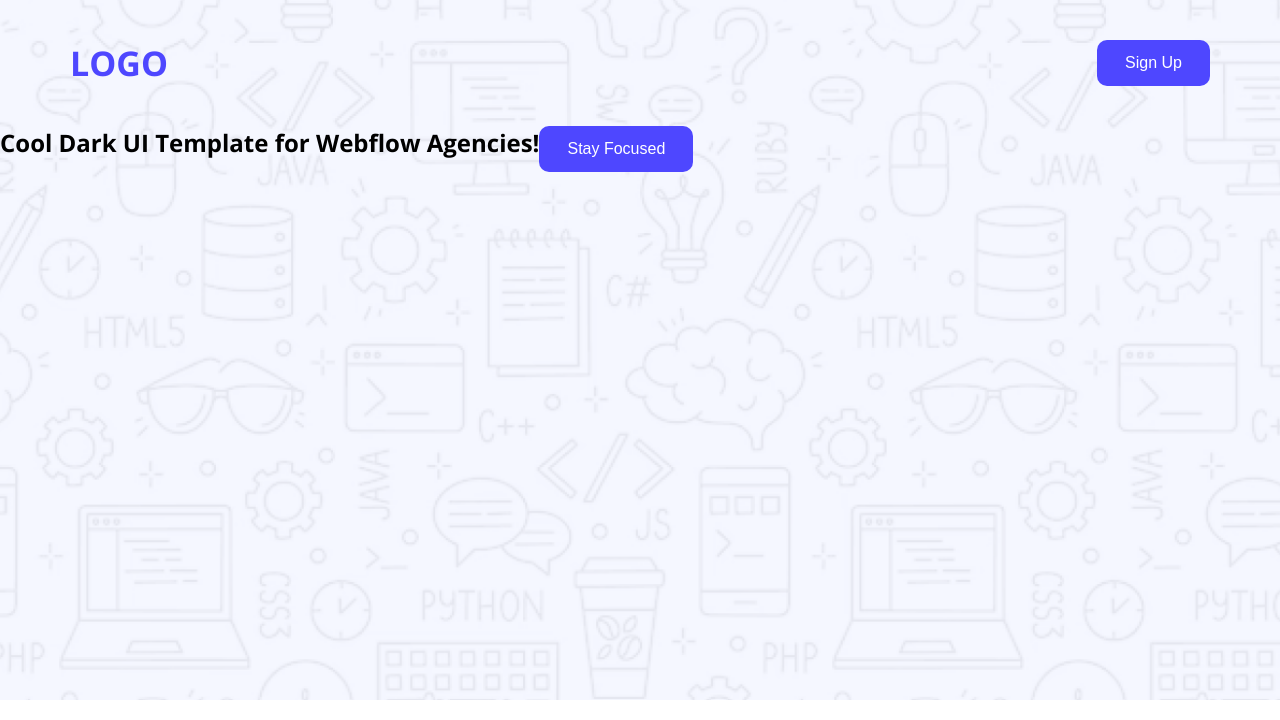
Repository: nahid-hasann/website-3
Page: index.html
An editor plug-in stored every save of this project. The page is shown before and after a run of saves, followed by the edit.
The browser window is 1280 px wide. The pictures show the whole page.

Above is the page before, as saved 2025-07-10 19:29:28.

### index.html
<!DOCTYPE html>
<html lang="en">
<head>
    <meta charset="UTF-8">
    <meta name="viewport" content="width=device-width, initial-scale=10">
    <title>MH NaHid</title>
    <link rel="preconnect" href="https://fonts.googleapis.com">
<link rel="preconnect" href="https://fonts.gstatic.com" crossorigin>
<link href="https://fonts.googleapis.com/css2?family=Open+Sans:ital,wght@0,300..800;1,300..800&family=Raleway:ital,wght@0,100..900;1,100..900&display=swap" rel="stylesheet">
<link rel="stylesheet" href="style.css">
</head>
<body class="open-sans-normal">


<header class="header-section">
      <section class="section-1">
       <h1 style="font-size: 34px; color: #4e47ff;">LOGO</h1>
       <button class="btn">Sign Up</button>
      </section>

      <section class="section-2">
        <h1>Cool Dark UI Template for Webflow Agencies!</h1>
        <button class="btn">Stay Focused</button>
      </section>


</header>





</body>
</html>

### style.css
*{
    margin: 0;
    padding: 0;
    box-sizing: border-box;
}


.open-sans-normal {
  font-family: "Open Sans", sans-serif;
  font-optical-sizing: auto;
  font-style: normal;
  font-variation-settings:
    "wdth" 100;
}

.header-section{
    background-image: url('Assets/Hero-bg.png');
    background-repeat: no-repeat;
    background-position: center;
    background-size: cover;
    height: 700px;
}

.section-1{
    display: flex;
    justify-content: space-between;
    padding: 40px 0;
    width: 1140px;
    margin: auto;
}

.btn{
    padding: 14px 28px;
    border: none;
    background-color: #4e47ff ;
    color: white;
    border-radius: 10px;
    display: block;
    font-size: 16px;
}

.section-2{

    display: flex;
    flex

}

After the next 3 saves:
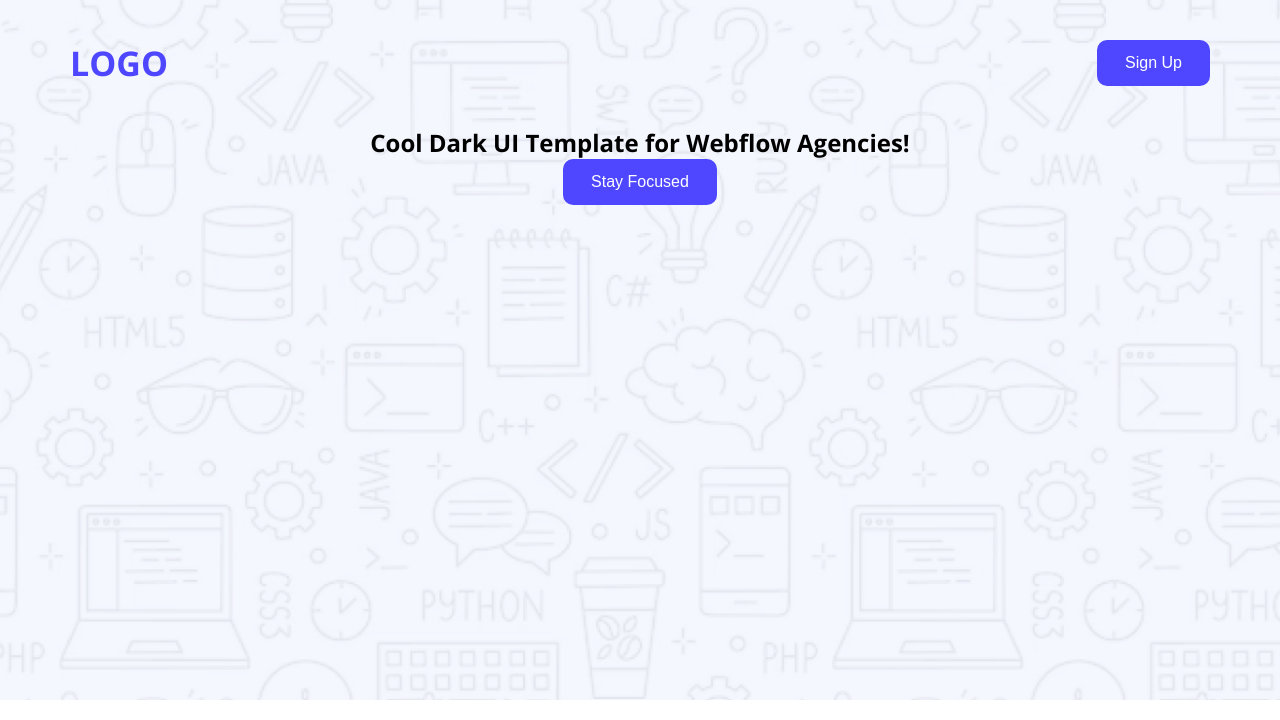
The 3 saves are shown as one change because they came seconds apart.
The last was saved 11 s later.
--- a/style.css
+++ b/style.css
@@ -42,6 +42,8 @@
 .section-2{
 
     display: flex;
-    flex
+    flex-direction: column;
+    justify-content: center;
+    align-items: center;
 
 }
